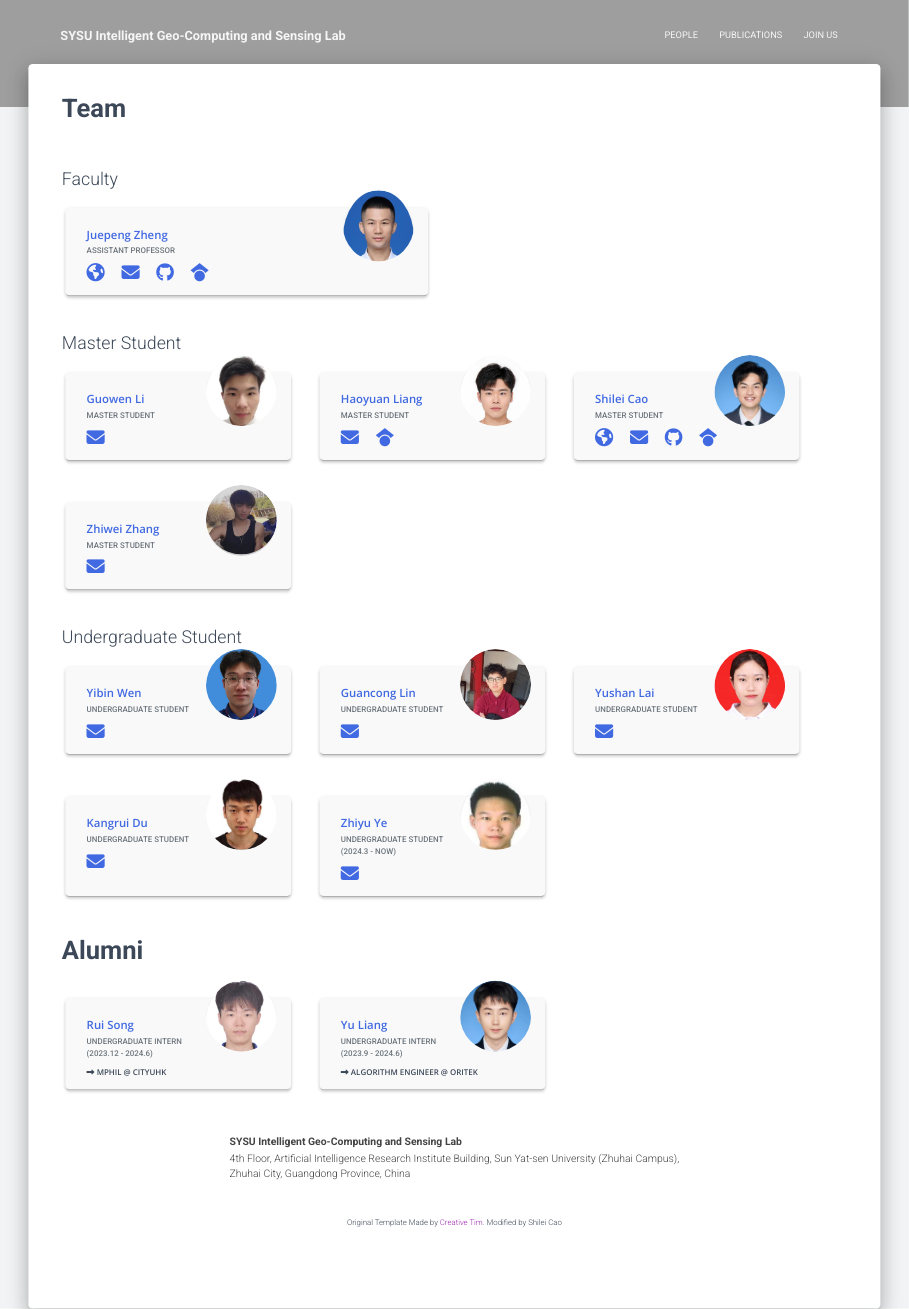
Repository: rssysu/rssysu.github.io
Page: people.html
The author's editor kept a copy of each file at every save. The page is drawn from the files as they stood at one save, then again after the next save.
The browser window is 1280 px wide. The pictures show the whole page, at 71% of full size.
Pictures or frames that could not be fetched are drawn as grey boxes. Some web libraries are served in a nearby version.

Above is the page before, as saved 2025-03-18 20:44:06.

### people.html
<!DOCTYPE html>
<html lang="en">

<head>
    <meta charset="utf-8">
    <meta content="width=device-width, initial-scale=1.0, maximum-scale=1.0, user-scalable=0" name="viewport" />
    <meta http-equiv="X-UA-Compatible" content="IE=edge,chrome=1" />
    <!-- Favicons -->
    <!-- <link rel="apple-touch-icon" href="./assets/img/kit/free/apple-icon.png"> -->
    <link rel="icon" href="./assets/img/kit/free/sysu.ico">
    <title>
        SYSU IGCS Lab
    </title>
    <!--     Fonts and icons     -->
    <link rel="stylesheet" type="text/css" target="_blank" href="https://fonts.googleapis.com/css?family=Open+Sans:+400,500,600,700|Roboto:300,400,500,700|Roboto+Slab:400,700|Material+Icons" />
    <link rel="stylesheet" href="https://maxcdn.bootstrapcdn.com/font-awesome/latest/css/font-awesome.min.css" />
    <link rel="stylesheet" href="./assets/css/material-kit.css?v=2.0.2">
    <script src="https://kit.fontawesome.com/516fc2d02f.js" crossorigin="anonymous"></script>
    <!-- Documentation extras -->
    <!-- CSS Just for demo purpose, don't include it in your project -->
    <!-- <link href="./assets/assets-for-demo/demo.css" rel="stylesheet" /> -->
    <!-- iframe removal -->
</head>

<body class="index-page">
    <nav class="navbar navbar-color-on-scroll navbar-transparent navbar-light fixed-top navbar-expand-lg " color-on-scroll="0" id="sectionsNav">
        <div w3-include-html="header.html" class="container"></div>
    </nav>

    <div class="page-header2 header-filter clear-filter" data-parallax="true" style="background-image: url('assets/img/sysu1.jpg'); background-position-y: -170px; background-position: top;">
        <div class="container">
            <div class="row">
                <div class="col-md-8 ml-auto mr-auto">
                    <div class="brand">
                    </div>
                </div>
            </div>
        </div>
    </div>


    <div class="main main-raised">
        <div class="container">
            <div class="title" style="margin-bottom: 0em;">
              <h2><b>Team</b></h2>
            </div>
            <br>
            <div class="title" style="margin-bottom: -1em;">
                <h3>Faculty</h3>
            </div>

            <div class="row">
                <div class="card" style="width: 45%;">
                  <div class="card-body">
                        <div class="author">
                            <div class="avatar">
                                <img src="./assets/img/kit/faces/zjp-1.jpg" class="img-raised rounded-circle img-fluid"/>
                            </div>
                        </div>
                        <h4 class="card-title"> <a href= "./assets/resume/zjp.html" target="_blank"> Juepeng Zheng </a> </h4>
                        <h6 class="card-subtitle mb-2 text-muted">Assistant Professor</h6>
                        <!-- </a> -->
                    <a href="https://hail-alloy-af4.notion.site/Juepeng-Zheng-d3b70a4b409145139c91e55813cc80fa" class="card-link" target="_blank"><i class="fa fa-globe fa-2x" aria-hidden="true"></i></a>
                    <a href="mailto:" class="card-link"><i class="fa fa-envelope fa-2x" aria-hidden="true"></i></a>
                    <a href="https://github.com/rs-dl" class="card-link" target="_blank"><i class="fa fa-github fa-2x" aria-hidden="true"></i></a>
                    <a href="https://scholar.google.com/citations?user=xrb-A3kAAAAJ&hl=zh-CN&oi=ao" class="card-link" target="_blank"><i class="fa-brands fa-google-scholar fa-2x" aria-hidden="true"></i></a>
                  </div>
                </div>

            </div>

            <div class="title" style="margin-bottom: -1em;">
                <h3>Master Student</h3>
            </div>

            <div class="row">

                <div class="card" style="width: 28%;">
                    <div class="card-body">
                            <div class="author">
                                <div class="avatar">
                                    <img src="./assets/img/kit/faces/lgw.jpg" class="img-raised rounded-circle img-fluid"/>
                                </div>
                            </div>
                            <h4 class="card-title"> <a href="./assets/resume/lgw.html" target="_blank"> Guowen Li </a></h4>
                            <h6 class="card-subtitle mb-2 text-muted">Master Student</h6>

                            <a href="mailto:ligw8@mail2sysu.edu.cn" class="card-link"><i class="fa fa-envelope fa-2x" aria-hidden="true"></i></a>

                    </div>
                </div>

                <div class="card" style="width: 28%;">
                    <div class="card-body">
                            <div class="author">
                                <div class="avatar">
                                    <img src="./assets/img/kit/faces/lhy.jpg" class="img-raised rounded-circle img-fluid"/>
                                </div>
                            </div>
                            <h4 class="card-title"> <a href="./assets/resume/lhy.html" target="_blank">  Haoyuan Liang </a> </h4>
                            <h6 class="card-subtitle mb-2 text-muted">Master Student</h6>

                            <a href="mailto:lianghy68@mail2.sysu.edu.cn" class="card-link"><i class="fa fa-envelope fa-2x" aria-hidden="true"></i></a>
                            <a href="https://scholar.google.com/citations?hl=en&user=O40gNsQAAAAJ" class="card-link" target="_blank"><i class="fa-brands fa-google-scholar fa-2x" aria-hidden="true"></i></a>
                    </div>
                </div>

                <div class="card" style="width: 28%;">
                    <div class="card-body">
                          <div class="author">
                              <div class="avatar">
                                  <img src="./assets/img/kit/faces/csl.jpg" class="img-raised rounded-circle img-fluid"/>
                              </div>
                          </div>
                          <h4 class="card-title" > <a href="./assets/resume/csl.html" target="_blank">  Shilei Cao </a></h4>
                          <h6 class="card-subtitle mb-2 text-muted">Master Student</h6>
                            <a href="https://shileicao.github.io/" class="card-link" target="_blank"><i class="fa fa-globe fa-2x" aria-hidden="true"></i></a>
                            <a href="mailto:caoshlei@mail2.sysu.edu.cn" class="card-link"><i class="fa fa-envelope fa-2x" aria-hidden="true"></i></a>
                            <a href="https://github.com/ShileiCao" class="card-link" target="_blank"><i class="fa fa-github fa-2x" aria-hidden="true"></i></a>
                            <a href="https://scholar.google.com/citations?user=-bCjtakAAAAJ&hl=en" class="card-link" target="_blank"><i class="fa-brands fa-google-scholar fa-2x" aria-hidden="true"></i></a>
                    </div>
                </div>

                <div class="card" style="width: 28%;">
                    <div class="card-body">
                            <div class="author">
                                <div class="avatar">
                                    <img src="./assets/img/kit/faces/zzw.jpg" class="img-raised rounded-circle img-fluid"/>
                                </div>
                            </div>
                            <h4 class="card-title"> <a href="./assets/resume/zzw.html" target="_blank">  Zhiwei Zhang </a> </h4>
                            <h6 class="card-subtitle mb-2 text-muted">Master Student</h6>
                            <a href="mailto:zhangzhw65@mail2.sysu.edu.cn" class="card-link"><i class="fa fa-envelope fa-2x" aria-hidden="true"></i></a>
                    </div>
                </div>

            </div>


            <div class="title" style="margin-bottom: -1em;">
                <h3>Undergraduate Student</h3>
            </div>

            <div class="row">


                <div class="card" style="width: 28%;">
                    <div class="card-body">
                          <div class="author">
                              <div class="avatar">
                                  <img src="./assets/img/kit/faces/wyb.jpg" class="img-raised rounded-circle img-fluid"/>
                              </div>
                          </div>
                          <h4 class="card-title"> <a href="./assets/resume/wyb.html" target="_blank"> Yibin Wen </a></h4>
                          <h6 class="card-subtitle mb-2 text-muted">Undergraduate Student</h6>

                            <a href="mailto:wenyb5@mail2.sysu.edu.cn" class="card-link"><i class="fa fa-envelope fa-2x" aria-hidden="true"></i></a>

                    </div>
                </div>

                <div class="card" style="width: 28%;">
                    <div class="card-body">
                          <div class="author">
                              <div class="avatar">
                                  <img src="./assets/img/kit/faces/lgc.jpg" class="img-raised rounded-circle img-fluid"/>
                              </div>
                          </div>
                          <h4 class="card-title"> <a href="./assets/resume/lgc.html" target="_blank">  Guancong Lin </a></h4>
                          <h6 class="card-subtitle mb-2 text-muted">Undergraduate Student</h6>

                            <a href="mailto:lingc8@mail2.sysu.edu.cn" class="card-link"><i class="fa fa-envelope fa-2x" aria-hidden="true"></i></a>

                    </div>
                </div>

                <div class="card" style="width: 28%;">
                    <div class="card-body">
                          <div class="author">
                              <div class="avatar">
                                  <img src="./assets/img/kit/faces/lys.jpg" class="img-raised rounded-circle img-fluid"/>
                              </div>
                          </div>
                          <h4 class="card-title"> <a href="./assets/resume/lys.html" target="_blank"> Yushan Lai </a></h4>
                          <h6 class="card-subtitle mb-2 text-muted">Undergraduate Student</h6>

                            <a href="mailto:laiysh6@mail2.sysu.edu.cn" class="card-link"><i class="fa fa-envelope fa-2x" aria-hidden="true"></i></a>

                    </div>
                </div>

                <div class="card" style="width: 28%;">
                    <div class="card-body">
                          <div class="author">
                              <div class="avatar">
                                  <img src="./assets/img/kit/faces/dkr.jpg" class="img-raised rounded-circle img-fluid"/>
                              </div>
                          </div>
                          <h4 class="card-title"> <a href="./assets/resume/dkr.html" target="_blank"> Kangrui Du </a></h4>
                          <h6 class="card-subtitle mb-2 text-muted">Undergraduate Student</h6>

                            <a href="mailto:dukr6@mail2.sysu.edu.cn" class="card-link"><i class="fa fa-envelope fa-2x" aria-hidden="true"></i></a>

                    </div>
                </div>

                <div class="card" style="width: 28%;">
                    <div class="card-body">
                          <div class="author">
                              <div class="avatar">
                                  <img src="./assets/img/kit/faces/yzy.jpg" class="img-raised rounded-circle img-fluid"/>
                              </div>
                          </div>
                          <h4 class="card-title"> <a href="./assets/resume/yzy.html" target="_blank"> Zhiyu Ye </a></h4>
                          <h6 class="card-subtitle mb-2 text-muted">Undergraduate Student (2024.3 - Now)</h6>
                          <a href="mailto:yezhy26@mail2.sysu.edu.cn" class="card-link"><i class="fa fa-envelope fa-2x" aria-hidden="true"></i></a>

                    </div>
                </div>

            </div>



            <div class="title" style="margin-bottom: 0em;">
              <h2><b>Alumni</b></h2>
            </div>
            <div class="row">

            <div class="card" style="width: 28%;">
                <div class="card-body">
                      <div class="author">
                          <div class="avatar">
                              <img src="./assets/img/kit/faces/sr.jpg" class="img-raised rounded-circle img-fluid"/>
                          </div>
                      </div>
                      <h4 class="card-title"> <a href="./assets/resume/sr.html" target="_blank"> Rui Song </a> </h4>
                      <h6 class="card-subtitle mb-2 text-muted">Undergraduate Intern (2023.12 - 2024.6) </h6>
                      <h6 class="card-title"> <i class="fa fa-long-arrow-right" aria-hidden="true"></i> MPhil @ CityUHK  </h6>
                        <!-- <a href="mailto:1223324036@qq.com" class="card-link"><i class="fa fa-envelope fa-2x" aria-hidden="true"></i></a>        -->

                </div>
            </div>

            <div class="card" style="width: 28%;">
                <div class="card-body">
                      <div class="author">
                          <div class="avatar">
                              <img src="./assets/img/kit/faces/ly.jpg" class="img-raised rounded-circle img-fluid"/>
                          </div>
                      </div>
                      <h4 class="card-title"> <a href="./assets/resume/ly.html" target="_blank">  Yu Liang </a> </h4>
                      <h6 class="card-subtitle mb-2 text-muted">Undergraduate Intern (2023.9 - 2024.6) </h6>
                      <h6 class="card-title"> <i class="fa fa-long-arrow-right" aria-hidden="true"></i> Algorithm Engineer @ Oritek </h6>
                        <!-- <a href="mailto:liangy283@mail2.sysu.edu.cn" class="card-link"><i class="fa fa-envelope fa-2x" aria-hidden="true"></i></a>        -->

                </div>
            </div>

        </div>
    <!--     <div>

                <h4 class="card-title" style="margin-bottom: -0.5em;">Hyunseo Koh<font size="3em"> <font color="gray">(GIST MS, 2023)</font> <i class="fa fa-long-arrow-right" aria-hidden="true"></i> TBD</font></h4>
                <h4 class="card-title" style="margin-bottom: -0.5em;">Jihun Kim<font size="3em"> <font color="gray">(GIST MS, 2023)</font> <i class="fa fa-long-arrow-right" aria-hidden="true"></i> Minds and company (Mil. Oblig.)</font></h4>
                <h4 class="card-title" style="margin-bottom: -0.5em;">Dahyun Kim<font size="3em"> <font color="gray">(GIST MS, 2022)</font> <i class="fa fa-long-arrow-right" aria-hidden="true"></i> Upstage (Mil. Oblig.)</font></h4>
                <h4 class="card-title" style="margin-bottom: -0.5em;">YeongWoo Nam<font size="3em"> <font color="gray">(GIST MS, 2022)</font> <i class="fa fa-long-arrow-right" aria-hidden="true"></i> Saige Research (Mil. Oblig.)</font></h4>
                <h4 class="card-title" style="margin-bottom: -0.5em;">Taeil Oh<font size="3em"> <font color="gray">(GIST MS, 2022)</font> <i class="fa fa-long-arrow-right" aria-hidden="true"></i> Alsemy</font></h4>
                <h4 class="card-title" style="margin-bottom: -0.5em;">Mohammad Mostafavi<font size="3em"> <font color="gray">(GIST Ph.D., 2021, co-advised by Prof. Kuk-Jin Yoon (KAIST))</font> <i class="fa fa-long-arrow-right" aria-hidden="true"></i> Research Scientist @ Lunit</font></h4>
                <h4 class="card-title" style="margin-bottom: -0.5em;">Dongmin Kang <font size="3em"><font color="gray">(GIST MS, 2021)</font> <i class="fa fa-long-arrow-right" aria-hidden="true"></i> Researcher @ GIST AI Institute (Mil. Oblig.) <i class="fa fa-long-arrow-right" aria-hidden="true"></i> SI Analytics (Mil. Oblig.)</h4>
                <h4 class="card-title" style="margin-bottom: -0.5em;">Jinwoo Nam <font size="3em"><font color="gray">(GIST MS, 2021)</font> <i class="fa fa-long-arrow-right" aria-hidden="true"></i> Knowre Inc. (Mil. Oblig.)</h4>
                <h4 class="card-title" style="margin-bottom: -0.5em;">Yeonsik Jo <font size="3em"><font color="gray">(GIST MS, 2021)</font> <i class="fa fa-long-arrow-right" aria-hidden="true"></i> Research Engineer @ LG AI Research</h4>

                <div style="margin-bottom: 2em;"></div>

            </div> -->
<!--
            <div class="title" style="margin-bottom: 0em;">
                <h3>Alumni - Undergraduate Interns</h3>
            </div>

            <div>

                <h4 class="card-title" style="margin-bottom: -0.5em;">Yu Yeong Kim<font size="3em"> <font color="gray">(GIST BS, 2023)</font> <i class="fa fa-long-arrow-right" aria-hidden="true"></i> KAIST GS AI</font></h4>
                <h4 class="card-title" style="margin-bottom: -0.5em;">Daneul Kim<font size="3em"> <font color="gray">(GIST BS, 2023)</font> <i class="fa fa-long-arrow-right" aria-hidden="true"></i> SNU GS AI</font></h4>
                <h4 class="card-title" style="margin-bottom: -0.5em;">Pratham Sahu<font size="3em"> <font color="gray">(IITK BS, 2025?)</font> <i class="fa fa-long-arrow-right" aria-hidden="true"></i> TBD</font></h4>
                <h4 class="card-title" style="margin-bottom: -0.5em;">Divyam Goel<font size="3em"> <font color="gray">(IITR BS, 2023)</font> <i class="fa fa-long-arrow-right" aria-hidden="true"></i> TBD</font></h4>
                <h4 class="card-title" style="margin-bottom: -0.5em;">Suvaansh Bhambri<font size="3em"> <font color="gray">(IITR BS, 2022)</font> <i class="fa fa-long-arrow-right" aria-hidden="true"></i> TBD</font></h4>
                <h4 class="card-title" style="margin-bottom: -0.5em;">Sunoh Lee<font size="3em"> <font color="gray">(GIST BS, 2022)</font> <i class="fa fa-long-arrow-right" aria-hidden="true"></i> Researcher @ ADD (Mil. Oblig.)</font></h4>
                <h4 class="card-title" style="margin-bottom: -0.5em;">Ashish Sinha<font size="3em"> <font color="gray">(IITR BS, 2021)</font> <i class="fa fa-long-arrow-right" aria-hidden="true"></i> Grad. Student @ Simon Fraser University</font></h4>
                <h4 class="card-title" style="margin-bottom: -0.5em;">Daeun Kyung<font size="3em"> <font color="gray">(GIST BS, 2021)</font> <i class="fa fa-long-arrow-right" aria-hidden="true"></i> Grad. student @ KAIST GS AI</h4>
                <h4 class="card-title" style="margin-bottom: -0.5em;">Kunal Pratap Singh <font size="3em"><font color="gray">(IITR BS, 2021)</font> <i class="fa fa-long-arrow-right" aria-hidden="true"></i> Predoctoral Young Investigator @ AI2 <i class="fa fa-long-arrow-right" aria-hidden="true"></i> Ph.D. Student @ EPFL</h4>
                <h4 class="card-title" style="margin-bottom: -0.5em;">Jaeyoung Ahn <font size="3em"><font color="gray">(GIST BS, 2021)</font> <i class="fa fa-long-arrow-right" aria-hidden="true"></i> Deeping Source Inc.</h4>
                <h4 class="card-title" style="margin-bottom: -0.5em;">Dahyun Kim<font size="3em"> <font color="gray">(GIST BS, 2020)</font> <i class="fa fa-long-arrow-right" aria-hidden="true"></i> Join our lab</font></h4>
                <h4 class="card-title" style="margin-bottom: -0.5em;">Donggun Lee <font size="3em"><font color="gray">(GIST BS, 2020)</font> <i class="fa fa-long-arrow-right" aria-hidden="true"></i> Grad. student @ POSTECH Graphics Lab.</h4>
                <h4 class="card-title" style="margin-bottom: -0.5em;">Jihwan Bae <font size="3em"><font color="gray">(GIST BS, 2020)</font> <i class="fa fa-long-arrow-right" aria-hidden="true"></i> Researcher @ ADD (Mil. Oblig.)</font></h4>

                <div style="margin-bottom: 2em;"></div>

            </div>
        </div>
    </div> -->
    <!--  End Modal -->
    <div w3-include-html="footer.html"></div>

    <!--   Core JS Files   -->
    <script src="./assets/js/core/jquery.min.js"></script>
    <script src="./assets/js/core/popper.min.js"></script>
    <script src="./assets/js/bootstrap-material-design.js"></script>
    <!--  Plugin for Date Time Picker and Full Calendar Plugin  -->
    <script src="./assets/js/plugins/moment.min.js"></script>
    <!--	Plugin for the Datepicker, full documentation here: https://github.com/Eonasdan/bootstrap-datetimepicker -->
    <script src="./assets/js/plugins/bootstrap-datetimepicker.min.js"></script>
    <!--	Plugin for the Sliders, full documentation here: http://refreshless.com/nouislider/ -->
    <script src="./assets/js/plugins/nouislider.min.js"></script>
    <!-- Material Kit Core initialisations of plugins and Bootstrap Material Design Library -->
    <script src="./assets/js/material-kit.js?v=2.0.2"></script>
    <!-- Fixed Sidebar Nav - js With initialisations For Demo Purpose, Don't Include it in your project -->
    <script src="./assets/assets-for-demo/js/material-kit-demo.js"></script>
    <!-- including html -->
    <script src="./assets/js/include-html.js"></script>
    <script>
        $(document).ready(function() {

            //init DateTimePickers
            materialKit.initFormExtendedDatetimepickers();

            // // Sliders Init
            // materialKit.initSliders();

            includeHTML();
        });
    </script>
</body>

</html>

Loaded but not shown: assets/css/material-kit.css (library); assets/js/core/jquery.min.js (library); assets/js/core/popper.min.js (library); assets/js/bootstrap-material-design.js (library); assets/js/plugins/moment.min.js (library); assets/js/plugins/bootstrap-datetimepicker.min.js (library); assets/js/plugins/nouislider.min.js (library); assets/js/material-kit.js (446 lines, source omitted); assets/assets-for-demo/js/material-kit-demo.js (98 lines, source omitted); assets/js/include-html.js (27 lines, source omitted); header.html (59 lines, source omitted); footer.html (36 lines, source omitted)

After the next save:
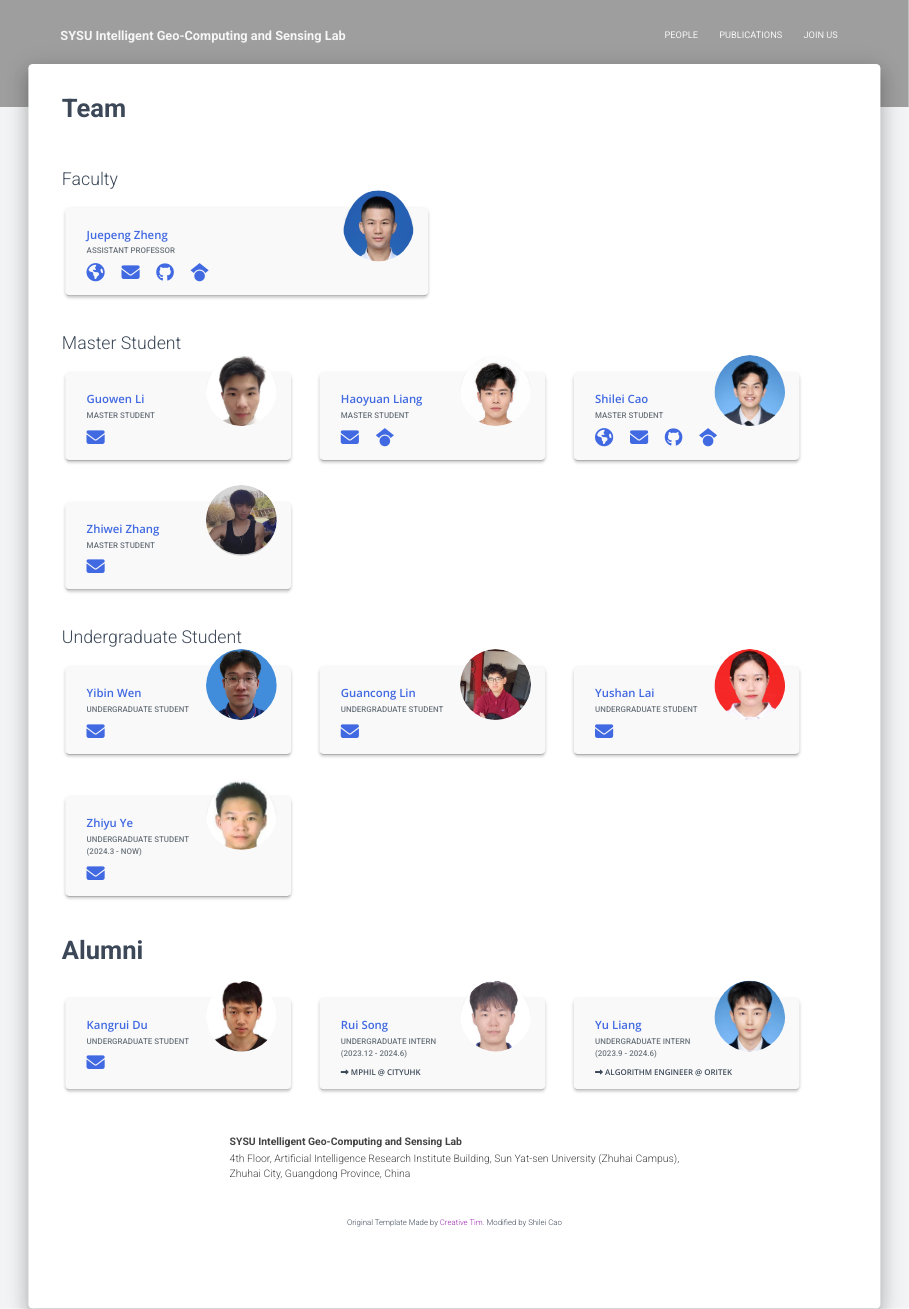
Saved 46 s later.
--- a/people.html
+++ b/people.html
@@ -193,21 +193,6 @@
                     <div class="card-body">
                           <div class="author">
                               <div class="avatar">
-                                  <img src="./assets/img/kit/faces/dkr.jpg" class="img-raised rounded-circle img-fluid"/>
-                              </div>
-                          </div>
-                          <h4 class="card-title"> <a href="./assets/resume/dkr.html" target="_blank"> Kangrui Du </a></h4>
-                          <h6 class="card-subtitle mb-2 text-muted">Undergraduate Student</h6>
-
-                            <a href="mailto:dukr6@mail2.sysu.edu.cn" class="card-link"><i class="fa fa-envelope fa-2x" aria-hidden="true"></i></a>
-
-                    </div>
-                </div>
-
-                <div class="card" style="width: 28%;">
-                    <div class="card-body">
-                          <div class="author">
-                              <div class="avatar">
                                   <img src="./assets/img/kit/faces/yzy.jpg" class="img-raised rounded-circle img-fluid"/>
                               </div>
                           </div>
@@ -226,6 +211,21 @@
               <h2><b>Alumni</b></h2>
             </div>
             <div class="row">
+
+            <div class="card" style="width: 28%;">
+                <div class="card-body">
+                        <div class="author">
+                            <div class="avatar">
+                                <img src="./assets/img/kit/faces/dkr.jpg" class="img-raised rounded-circle img-fluid"/>
+                            </div>
+                        </div>
+                        <h4 class="card-title"> <a href="./assets/resume/dkr.html" target="_blank"> Kangrui Du </a></h4>
+                        <h6 class="card-subtitle mb-2 text-muted">Undergraduate Student</h6>
+
+                        <a href="mailto:dukr6@mail2.sysu.edu.cn" class="card-link"><i class="fa fa-envelope fa-2x" aria-hidden="true"></i></a>
+
+                </div>
+            </div>
 
             <div class="card" style="width: 28%;">
                 <div class="card-body">
